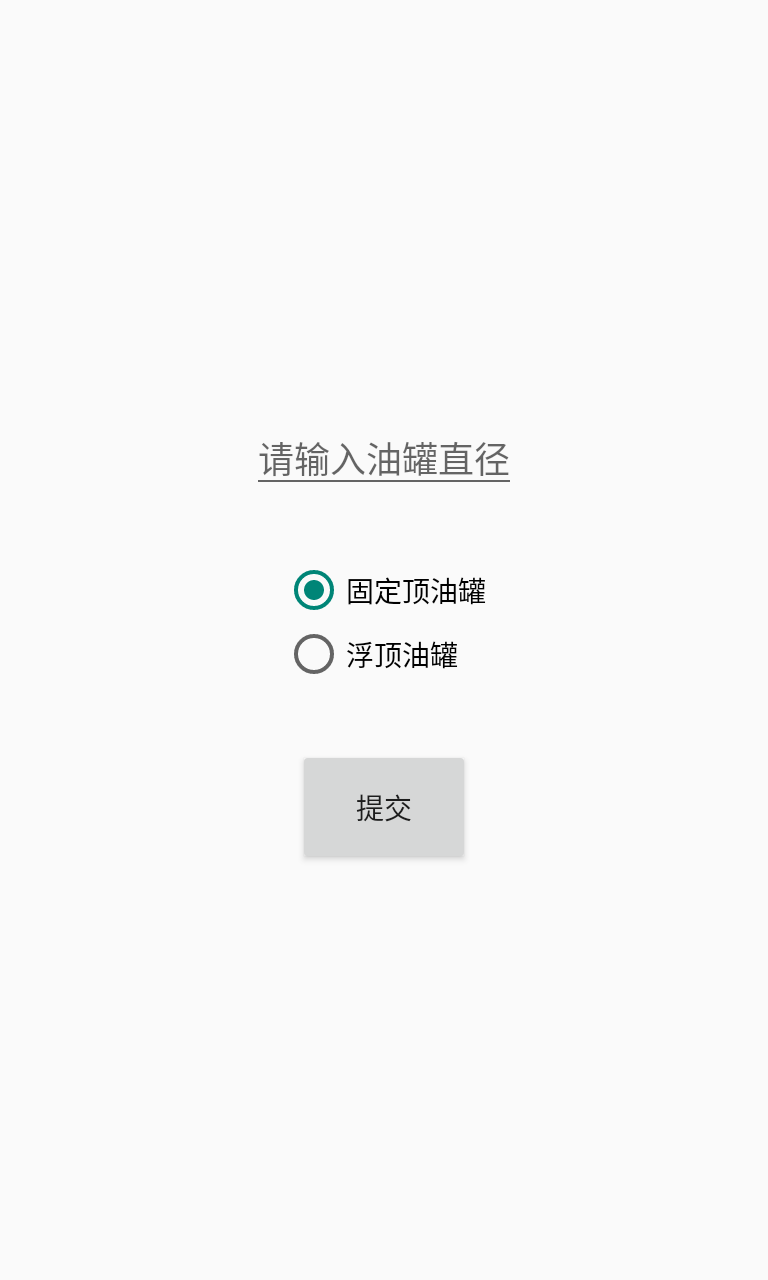
Repository: hohoTT/fireWork_handle_app
Layout: fireWork_handle_app/res/layout/olican_fire_water.xml
An editor plug-in stored every save of this project. The layout is shown before and after the next save, followed by the edit.
It is drawn on a 768 x 1280 px phone screen (xhdpi) without system bars, with theme AppTheme; the app's code is not run.

Above is the layout before, as saved 2016-03-02 12:26:49.

After the next save:
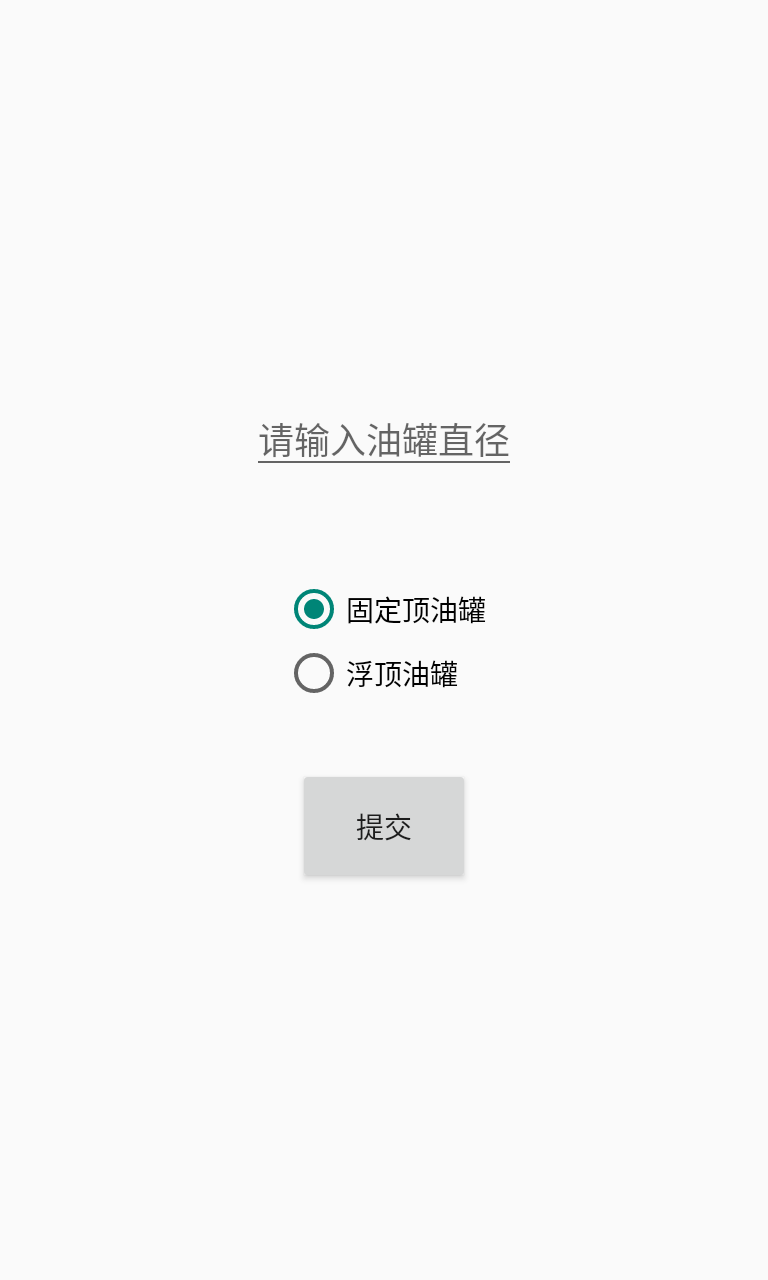
Saved 3 s later.
--- a/fireWork_handle_app/res/layout/olican_fire_water.xml
+++ b/fireWork_handle_app/res/layout/olican_fire_water.xml
@@ -14,8 +14,10 @@
         android:hint="@string/olican_diameter" />
 
     <TextView
-        android:id="@+id/text_"
-         />
+        android:id="@+id/text_olican_type"
+        android:layout_width="wrap_content"
+        android:layout_height="wrap_content"
+        android:text="" />
 
     <RadioGroup
         android:id="@+id/olican_type"
